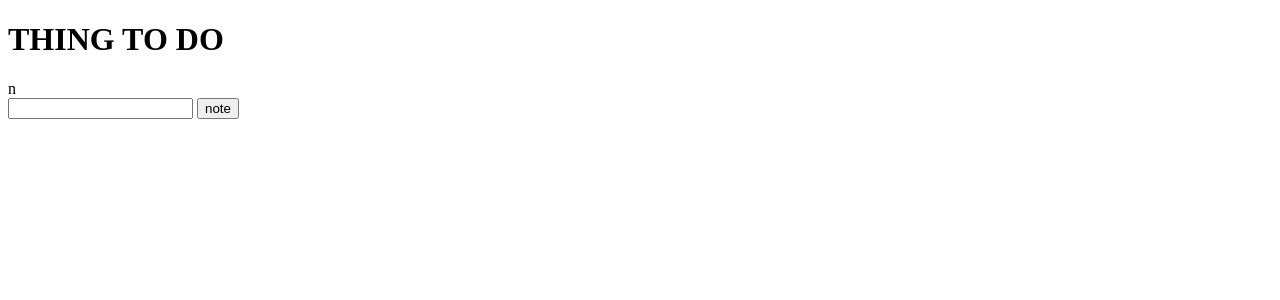
Repository: Wanaratkhamla/LabJavaWeb
Page: http://localhost/activityTest/result.jsp
These files come from the project's save history. The page is drawn as it stood at one moment and after a run of saves; the edit follows.
The browser window is 1280 px wide. The pictures show the whole page.
The page is served by Tomcat 9. Other server files are loaded and not shown. Queries for data that is not in the repository find no rows.

Above is the page before, as saved 2017-02-23 13:27:45.

### activityTest/WebContent/result.jsp
<%@ page contentType="text/html; charset=utf-8" pageEncoding="utf-8"%>
<%@ page import="java.io.*,java.util.*,java.sql.*"%>
<%@ page import="javax.servlet.http.*,javax.servlet.*"%>
<%@ taglib uri="http://java.sun.com/jsp/jstl/core" prefix="c"%>
<%@ taglib uri="http://java.sun.com/jsp/jstl/sql" prefix="sql"%>
<!DOCTYPE html PUBLIC "-//W3C//DTD HTML 4.01 Transitional//EN" "http://www.w3.org/TR/html4/loose.dtd">
<html>
<head>

<meta http-equiv="Content-Type" content="text/html; charset=ISO-8859-1" />
<meta charset="utf-8" />
<title>Insert title here</title>
</head>
<body>
	<h1>THING TO DO</h1>

	<sql:setDataSource var="myDS" driver="com.mysql.jdbc.Driver"
		url="jdbc:mysql://localhost/note?characterEncoding=utf-8" user="root"
		password="" />

	<sql:query var="listtask" dataSource="${myDS}">
        SELECT * FROM note;
        </sql:query>
n
	<div>
		<c:forEach var="task" items="${listtask.rows}">
			<p>
				<b>* ${task.task}</b>
				<a href='NoteController?nid=${task.nid}&action=delete'>ลบ</a>
			</p>
		</c:forEach>
		<form method='POST' action="NoteController">
			<input type='hidden' name='action' value='insert'>
			<input type='text' name='string'>
			<button type='submit'>note</button>
		</form>
	</div>
</body>
</html>

After the next 2 saves:
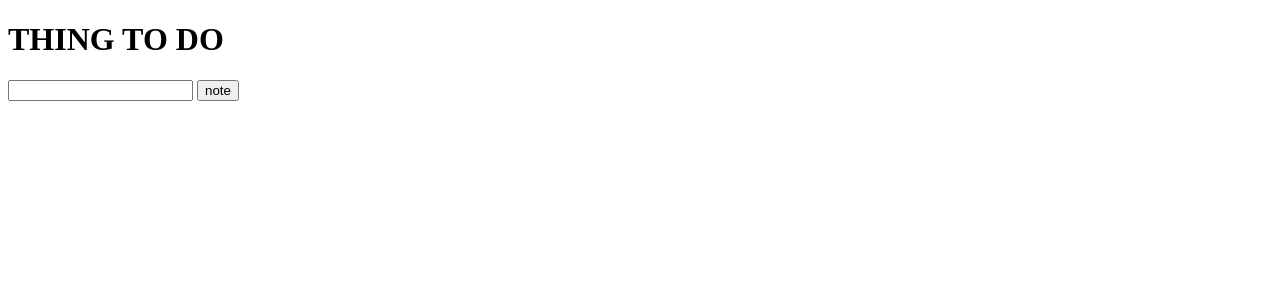
The 2 saves are shown as one change because they came seconds apart.
The last was saved 21 h 3 min later.
--- a/activityTest/WebContent/result.jsp
+++ b/activityTest/WebContent/result.jsp
@@ -21,17 +21,17 @@
 	<sql:query var="listtask" dataSource="${myDS}">
         SELECT * FROM note;
         </sql:query>
-n
+
 	<div>
 		<c:forEach var="task" items="${listtask.rows}">
 			<p>
-				<b>* ${task.task}</b>
-				<a href='NoteController?nid=${task.nid}&action=delete'>ลบ</a>
+				<b>* ${task.task}</b> <a
+					href='NoteController?nid=${task.nid}&action=delete'>ลบ</a>
 			</p>
 		</c:forEach>
 		<form method='POST' action="NoteController">
-			<input type='hidden' name='action' value='insert'>
-			<input type='text' name='string'>
+			<input type='hidden' name='action' value='insert'> <input
+				type='text' name='string'>
 			<button type='submit'>note</button>
 		</form>
 	</div>
